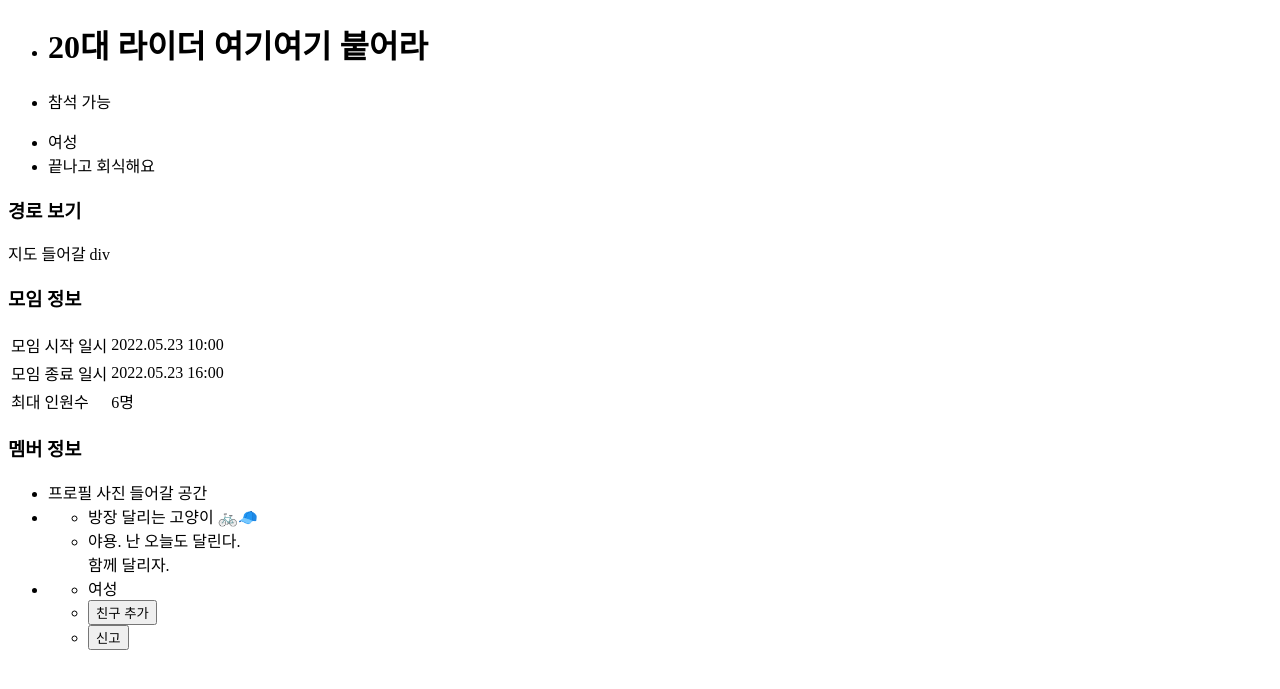
Repository: onpul/TEAM1
Page: http://localhost/Riding/mj/RidingDetail.jsp
An editor plug-in stored every save of this project. The page is shown before and after the next save, followed by the edit.
The browser window is 1280 px wide. The pictures show the whole page.
The page is served by Tomcat 9. Other server files are loaded and not shown.

Above is the page before, as saved 2022-06-04 11:00:13.

### Riding/WebContent/mj/RidingDetail.jsp
<%@ page contentType="text/html; charset=UTF-8"%>
<%
	request.setCharacterEncoding("UTF-8");
	String cp = request.getContextPath();
%>
<!DOCTYPE html>
<html>
<head>
<meta charset="UTF-8">
<title>Insert title here</title>
</head>
<body>
<div>
	<ul>
		<li><h1>20대 라이더 여기여기 붙어라</h1></li>
		<li>참석 가능</li>
	</ul>
	<ul>
		<li>여성</li>
		<li>끝나고 회식해요</li>
	</ul>

	<div>
		<h3>경로 보기</h3>
		<div>지도 들어갈 div</div>
	</div>

	<div>
		<h3>모임 정보</h3>
		<table>
			<tr>
				<td>모임 시작 일시</td>
				<td>2022.05.23 10:00</td>
			</tr>
			<tr>
				<td>모임 종료 일시</td>
				<td>2022.05.23 16:00</td>
			</tr>
			<tr>
				<td>최대 인원수</td>
				<td>6명</td>
			</tr>
		</table>
	</div>

	<div>
		<h3>멤버 정보</h3>
		<div>
			<ul>
				<li>프로필 사진 들어갈 공간</li>
				<li>
					<ul>
						<li>방장 달리는 고양이 🚲🧢</li>
						<li>야용. 난 오늘도 달린다. <br>함께 달리자.</li>
					</ul>
				</li>
				<li>
					<ul>
						<li>여성</li>
						<li><input type="button" value="친구 추가"/></li>
						<li><input type="button" value="신고"/></li>
					</ul>
				</li>
			</ul>
		</div>
	</div>
</div>
</body>
</html>

After the next save:
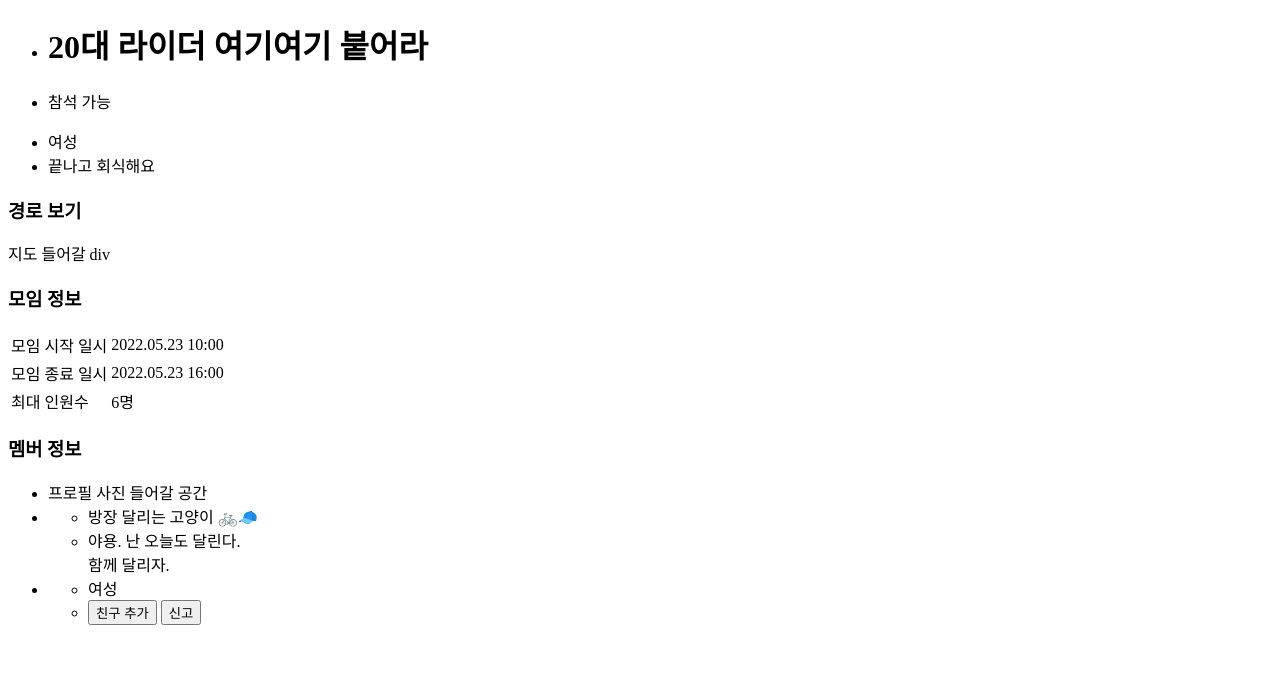
Saved 27 s later.
--- a/Riding/WebContent/mj/RidingDetail.jsp
+++ b/Riding/WebContent/mj/RidingDetail.jsp
@@ -57,8 +57,7 @@
 				<li>
 					<ul>
 						<li>여성</li>
-						<li><input type="button" value="친구 추가"/></li>
-						<li><input type="button" value="신고"/></li>
+						<li><input type="button" value="친구 추가"/> <input type="button" value="신고"/></li>
 					</ul>
 				</li>
 			</ul>
